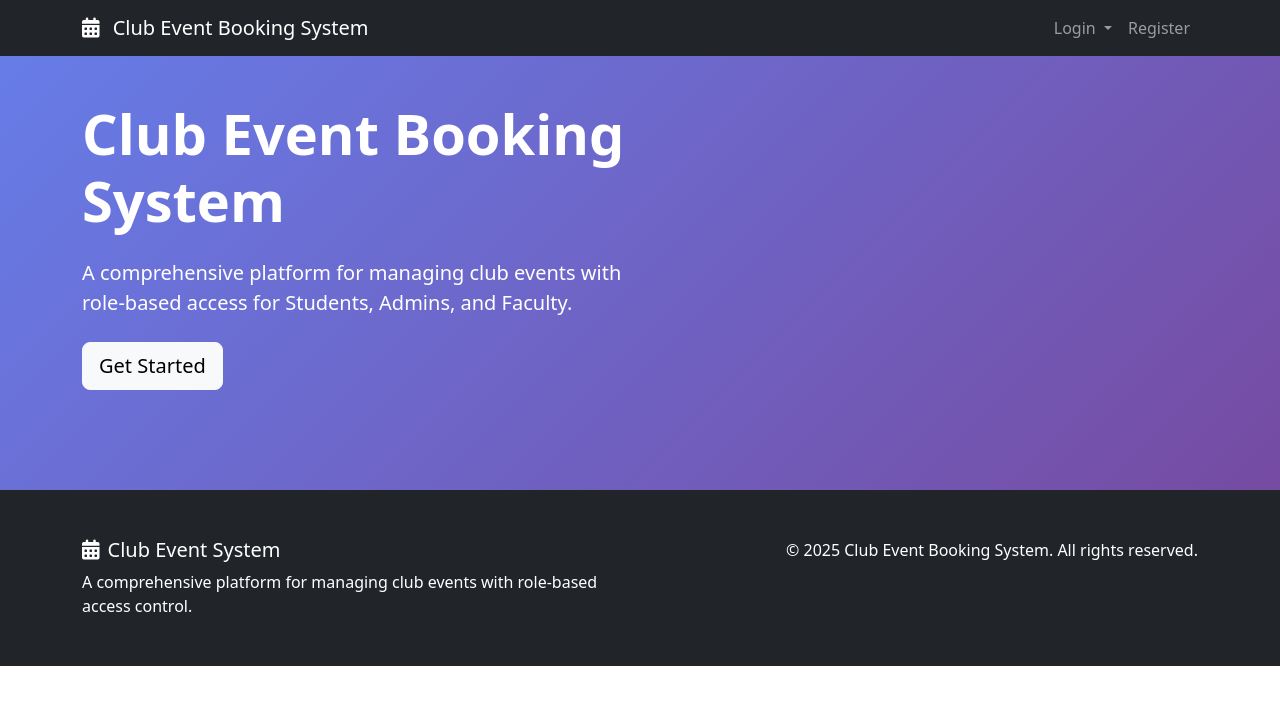
Repository: vipinsamy-sys/clubevent
Page: public/index.html
The author's editor kept a copy of each file at every save. The page is drawn from the files as they stood at one save, then again after the next save.
The browser window is 1280 px wide. The pictures show the whole page.

Above is the page before, as saved 2025-10-20 13:18:46.

### public/index.html
<!DOCTYPE html>
<html lang="en">
<head>
    <meta charset="UTF-8">
    <meta name="viewport" content="width=device-width, initial-scale=1.0">
    <title>Club Event Booking System</title>
    <link href="https://cdn.jsdelivr.net/npm/bootstrap@5.3.3/dist/css/bootstrap.min.css" rel="stylesheet">
    <link rel="stylesheet" href="https://cdnjs.cloudflare.com/ajax/libs/font-awesome/6.5.0/css/all.min.css">
    <style>
        .main-section {
            background: linear-gradient(135deg, #667eea 0%, #764ba2 100%);
            color: white;
            padding: 100px 0;
        }
        .feature-card {
            transition: transform 0.3s ease;
            border: none;
            box-shadow: 0 4px 6px rgba(0, 0, 0, 0.1);
        }
        .feature-card:hover {
            transform: translateY(-5px);
        }
        .role-card {
            background: white;
            border-radius: 15px;
            padding: 30px;
            text-align: center;
            box-shadow: 0 8px 25px rgba(0, 0, 0, 0.1);
            transition: all 0.3s ease;
        }
        .role-card:hover {
            transform: translateY(-10px);
            box-shadow: 0 15px 35px rgba(0, 0, 0, 0.2);
        }
        .btn-custom {
            background: linear-gradient(45deg, #667eea, #764ba2);
            border: none;
            border-radius: 25px;
            padding: 12px 30px;
            color: white;
            font-weight: 600;
            transition: all 0.3s ease;
        }
        .btn-custom:hover {
            transform: translateY(-2px);
            box-shadow: 0 5px 15px rgba(0, 0, 0, 0.2);
            color: white;
        }
    </style>
</head>
<body>
    <!-- Navigation -->
    <nav class="navbar navbar-expand-lg navbar-dark bg-dark fixed-top">
        <div class="container">
            <a class="navbar-brand" href="#">
                <i class="fas fa-calendar-alt me-2"></i>
                Club Event Booking System
            </a>
            <button class="navbar-toggler" type="button" data-bs-toggle="collapse" data-bs-target="#navbarNav">
                <span class="navbar-toggler-icon"></span>
            </button>
            <div class="collapse navbar-collapse" id="navbarNav">
                <ul class="navbar-nav ms-auto">
                    <li class="nav-item dropdown">
                        <a class="nav-link dropdown-toggle" href="#" id="loginDropdown" role="button" data-bs-toggle="dropdown">
                            Login
                        </a>
                        <ul class="dropdown-menu">
                            <li><a class="dropdown-item" href="student-login.html"><i class="fas fa-user-graduate me-2"></i>Student Login</a></li>
                            <li><a class="dropdown-item" href="admin-login.html"><i class="fas fa-user-shield me-2"></i>Admin Login</a></li>
                            <li><a class="dropdown-item" href="faculty-login.html"><i class="fas fa-chalkboard-teacher me-2"></i>Faculty Login</a></li>
                        </ul>
                    </li>
                    <li class="nav-item">
                        <a class="nav-link" href="register.html">Register</a>
                    </li>
                </ul>
            </div>
        </div>
    </nav>

    <!-- main Section -->
    <section class="main-section">
        <div class="container">
            <div class="row align-items-center">
                <div class="col-lg-6">
                    <h1 class="display-4 fw-bold mb-4">Club Event Booking System</h1>
                    <p class="lead mb-4">A comprehensive platform for managing club events with role-based access for Students, Admins, and Faculty.</p>
                    <div class="d-flex gap-3">
                        <a href="login.html" class="btn btn-light btn-lg">Get Started</a>

                    </div>
                </div>

            </div>
        </div>
    </section>


    <!-- Footer -->
    <footer class="bg-dark text-white py-5">
        <div class="container">
            <div class="row">
                <div class="col-lg-6">
                    <h5><i class="fas fa-calendar-alt me-2"></i>Club Event System</h5>
                    <p class="mb-0">A comprehensive platform for managing club events with role-based access control.</p>
                </div>
                <div class="col-lg-6 text-lg-end">
                    <p class="mb-0">&copy; 2025 Club Event Booking System. All rights reserved.</p>
                </div>
            </div>
        </div>
    </footer>

    <script src="https://cdn.jsdelivr.net/npm/bootstrap@5.3.3/dist/js/bootstrap.bundle.min.js"></script>
</body>
</html>

After the next save:
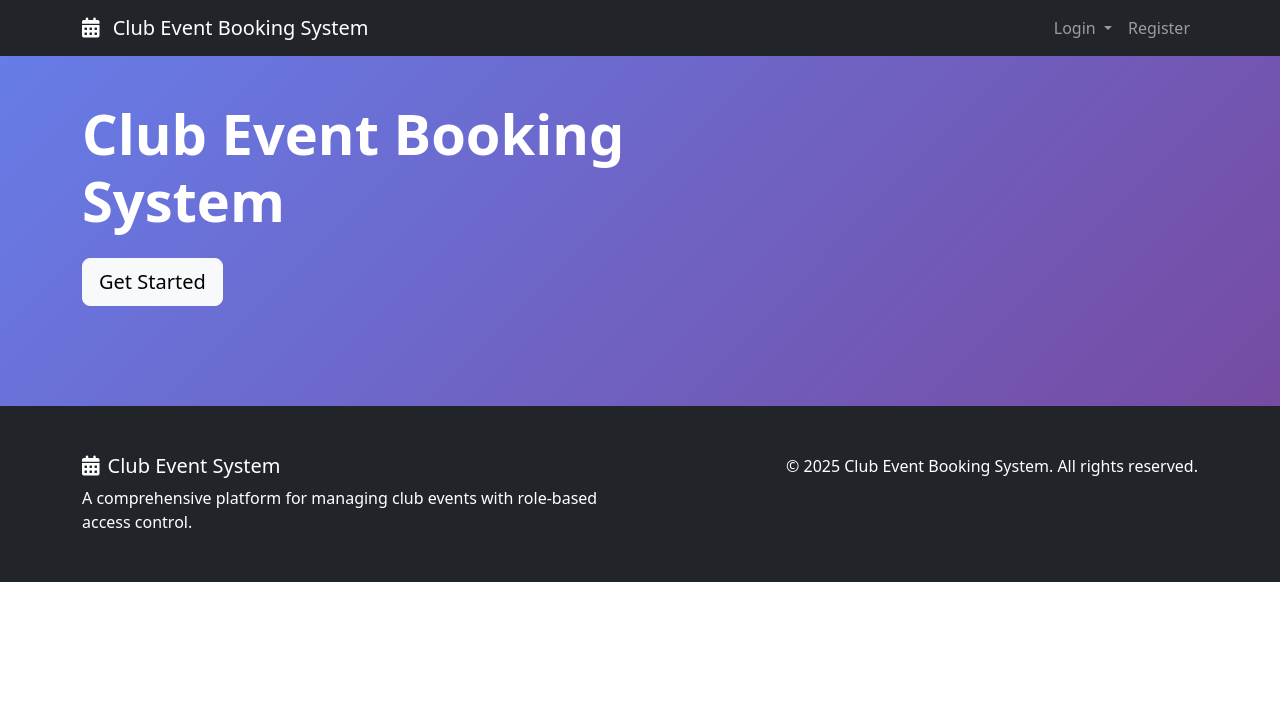
Saved 99 s later.
--- a/public/index.html
+++ b/public/index.html
@@ -85,8 +85,7 @@
             <div class="row align-items-center">
                 <div class="col-lg-6">
                     <h1 class="display-4 fw-bold mb-4">Club Event Booking System</h1>
-                    <p class="lead mb-4">A comprehensive platform for managing club events with role-based access for Students, Admins, and Faculty.</p>
-                    <div class="d-flex gap-3">
+
                         <a href="login.html" class="btn btn-light btn-lg">Get Started</a>
 
                     </div>
